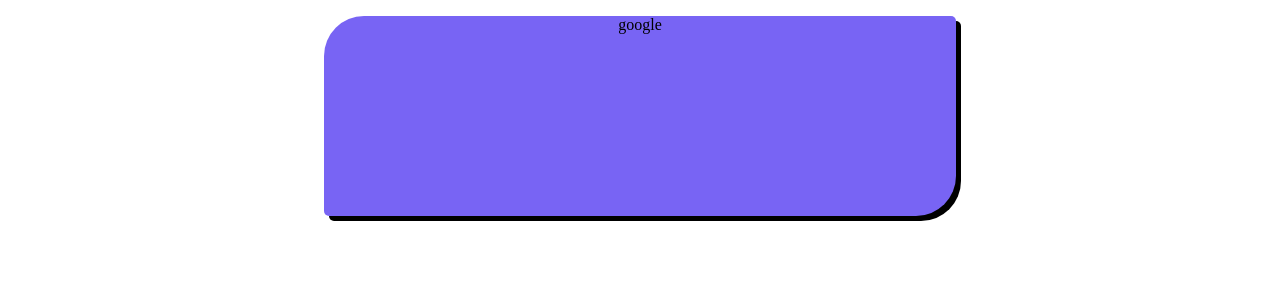
Repository: Aakarshit-Sharma19/Basic-HTML-and-CSS-Page-
Page: index.html
These files come from the project's save history. The page is drawn as it stood at one moment and after the next save; the edit follows.
The browser window is 1280 px wide. The pictures show the whole page.

Above is the page before, as saved 2020-11-08 10:59:15.

### index.html
<!DOCTYPE html>
<html lang="en">

<head>
    <meta charset="UTF-8">
    <meta name="viewport" content="width=device-width, initial-scale=1.0">
    <title>Document</title>
    <style>
        .shape {
            margin: auto;
            text-align: center;
            width: 50%;
            height: 200px;
            background: #7864F4;
            border-radius: 40px 5px 40px 5px;
            box-shadow: 5px 5px ;
        }
    </style>
</head>
<header>
</header>

<body>
    <div class="shape" onclick="alert('hi')">
        <p class="shape_text">google</p>
    </div>
</body>

</html>

After the next save:
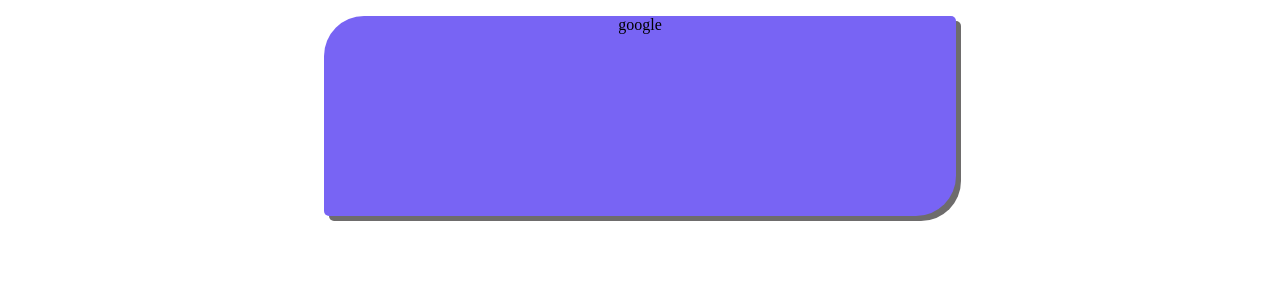
Saved 44 s later.
--- a/index.html
+++ b/index.html
@@ -13,7 +13,7 @@
             height: 200px;
             background: #7864F4;
             border-radius: 40px 5px 40px 5px;
-            box-shadow: 5px 5px ;
+            box-shadow: 5px 5px #6e6c6c;
         }
     </style>
 </head>
